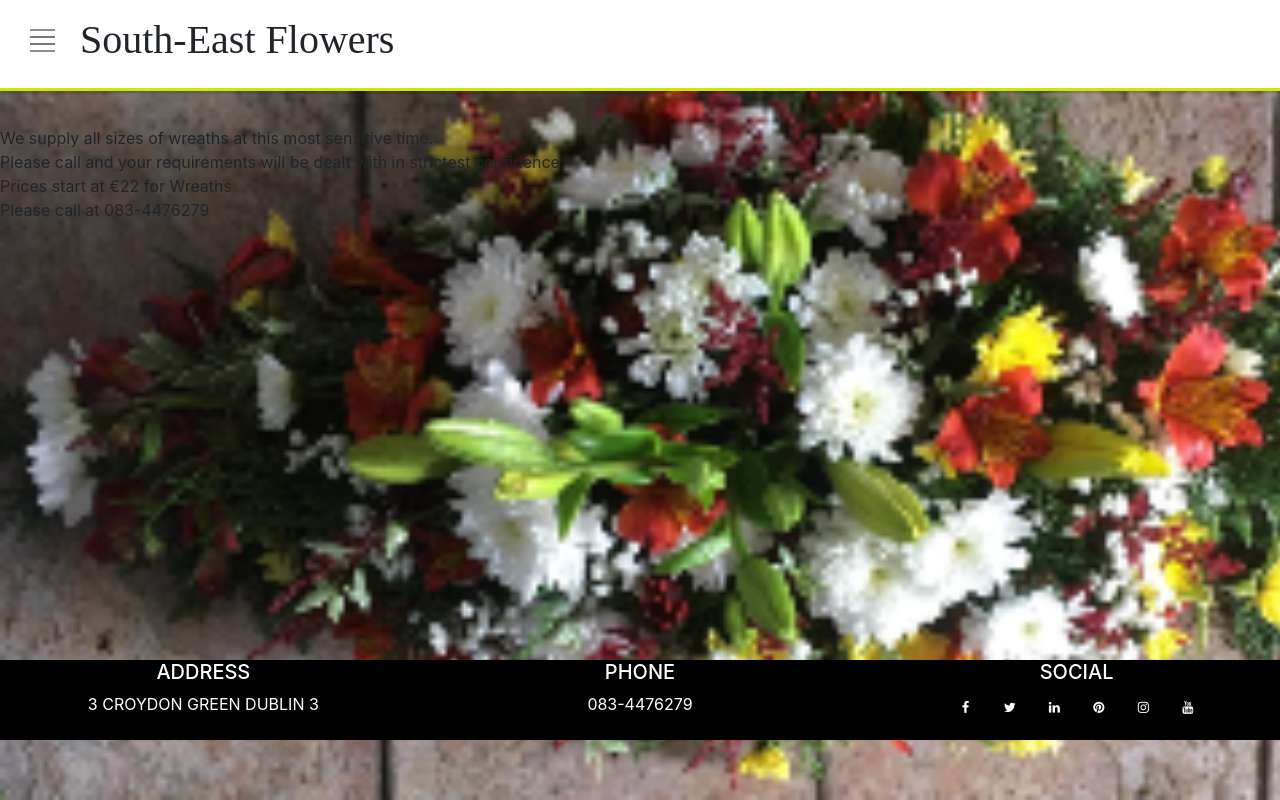
Repository: ConorTC1990/Flowers
Page: wreaths.html
The author's editor kept a record of every edit. The page is drawn from the files as they stood at one moment, then again after the next edit.
The browser window is 1280 px wide. The pictures show the whole page.
Some web libraries are served in a nearby version.

Above is the page before.

### wreaths.html
<!DOCTYPE html>
<html lang="en">

<head>
    <meta charset="UTF-8">
    <meta name="viewport" content="width=device-width, initial-scale=1.0">
    <meta http-equiv="X-UA-Compatible" content="ie=edge">
    <link rel="stylesheet" href="https://maxcdn.bootstrapcdn.com/bootstrap/4.2.1/css/bootstrap.min.css" type="text/css" />
    <link rel="stylesheet" href="https://maxcdn.bootstrapcdn.com/font-awesome/4.7.0/css/font-awesome.min.css" type="text/css" />
    <link rel="stylesheet" href="https://cdnjs.cloudflare.com/ajax/libs/hover.css/2.1.1/css/hover-min.css" type="text/css" />
    <link rel="stylesheet" href="assets/css/style.css">
    <title>South-East Flowers</title>
</head>
<body>

 <div class="collapsible-menu">
            <input type="checkbox" id="menu">
            <label for="menu">South-East Flowers</label>
            <div class="menu-content">
                <ul>
                    <li><a href="index.html">Home</a></li>
                    <li><a href="weddings.html">Weddings</a></li>
                    <li><a href="wreaths.html">Wreaths and Funerals</a></li>
                    <li><a href="contactform.html">Contact</a></li>

                </ul>
            </div>

        </div>






 <div class="infowreaths">
		<ul>
		  <li> We supply all sizes of wreaths at this most sensitive time.</li>
		  <li> Please call and your requirements will be dealt with in strictest confidence</li>
		  <li>Prices start at €22 for Wreaths</li>
		  <li>Please call at 083-4476279</li>
		</ul>
		</div>




       <div class="videoclass2wreaths"></div>






		<div class="WreathsBackground"></div>

<footer class="container-fluid wreathfooter1">
        <div id="footer-details" class="row">
            <div class="col-sm-4">
                <h5 class="uppercase general-sub">Address</h5>
                <p class="inline-block">
                    3 Croydon Green
                    Dublin 3
                </p>
            </div>
            <div class="col-sm-4">
                <h5 class="uppercase general-sub">Phone</h5>
                <p class="inline-block">
                    083-4476279


                </p>
            </div>
            <div class="col-sm-4">
                <h5 class="uppercase general-sub">Social</h5>
                <ul class="list-inline social-links">
                    <li class="list-inline-item">
                        <a target="_blank" href="#">
                            <i class="fa fa-facebook" aria-hidden="true"></i>
                            <span class="sr-only">Facebook</span>
                        </a>
                    </li>
                    <li class="list-inline-item">
                        <a target="_blank" href="#">
                            <i class="fa fa-twitter" aria-hidden="true"></i>
                            <span class="sr-only">Twitter</span>
                        </a>
                    </li>
                    <li class="list-inline-item">
                        <a target="_blank" href="#">
                            <i class="fa fa-linkedin" aria-hidden="true"></i>
                            <span class="sr-only">LinkedIn</span>
                        </a>
                    </li>
                    <li class="list-inline-item">
                        <a target="_blank" href="#">
                            <i class="fa fa-pinterest" aria-hidden="true"></i>
                            <span class="sr-only">Pinterest</span>
                        </a>
                    </li>
                    <li class="list-inline-item">
                        <a target="_blank" href="#">
                            <i class="fa fa-instagram" aria-hidden="true"></i>
                            <span class="sr-only">Instagram</span>
                        </a>
                    </li>
                    <li class="list-inline-item">
                        <a target="_blank" href="#">
                            <i class="fa fa-youtube" aria-hidden="true"></i>
                            <span class="sr-only">YouTube</span>
                        </a>
                    </li>
                </ul>
            </div>
        </div>


</footer>

</body>

</html>

### assets/css/style.css
@import url('https://fonts.googleapis.com/css?family=Roboto:100,200,300,400,500,600,700|Exo:100,200,300,400,500,600,700');
.mission {
	text-transform: uppercase;
	color: green;
}



/* up for deletion*/
*,
*:before,
*:after {
	-webkit-box-sizing: border-box;
	-moz-box-sizing: border-box;
	box-sizing: border-box;
}
* {
	margin: 0;
	padding: 0;
}
* {
	margin: 0;
	padding: 0;
}
*,
 ::after,
 ::before {
	box-sizing: border-box;
}


.title {
	text-align: center;
	color: white;
}
h3 {
	text-transform: uppercase;
	text-align: center;
	color: green;
	background-color: #FF00FF;
	resize: both;
}

/* Buttons*/
.button {
	background-color: #7CFC00;
	text-align: center;
	color: white;
	width: 25%;
	transition-duration: .9s;
	transition-timing-function: ease-in-out;
	z-index: 1;
}
.button:hover {
	background-color: white;
	color: #7CFC00;
}
a:hover {
	background-color: white;
	color: #7CFC00;
}
.sr-only {
	color: white
}
.list-inline-item {
	color: white
}

#myVideo {
	position: center;
	width: 100%;
	min-height: 60%;
	padding-bottom: 0px;
	padding-right: 0px;
	padding-left: 0px;
}
.col-sm-4 {
	text-align: center;
	border-color: #FF00FF;
}

/* Callout box - fixed position at the bottom of the page */
.callout {
	position:fixed;
	top: 100px;
	right: 100px;
	margin-left: 20px;
	max-width: 300px;
	color: white;
	opacity: 0.8;
}
.callout2 {
	position:fixed;
	top: 500px;
	right: 100px;
	margin-left: 20px;
	max-width: 300px;
	color: white;
	opacity: 0.8;
}
.callout3 {
	position:fixed;
	top: 300px;
	right: 100px;
	margin-left: 250px;
	max-width: 300px;
	color: white;
	opacity: 0.8;
}

.container-fluid {
	alignment-baseline: text-after-edge;
	border:none;
}
.sticky {
	position: static;
	top: 0;
}
body {
	background-color: white;
	padding-left: 0px;
	padding-right: 0px;
}
.list-inline-item {
	text-align: right;
	border-color: black;
}
.address {
	text-align: right;
}
head {
	z-index: 1;
	border-collapse: collapse;
	border-color: white;
}

/* -------------- Navbar --------------- */

/* to keep Navbar in place*/


/* Page content */
.content {
	padding: 16px;
}

/* The sticky class is added to the navbar with JS when it reaches its scroll position */
.sticky {
	position: fixed;
	top: 35px;
	width: 100%;
}
.stickytitle {
	position: fixed;
	top: 0px;
	width: 100%;
	height: 35px;
	z-index: 1;
}

/* Add some top padding to the page content to prevent sudden quick movement (as the navigation bar gets a new position at the top of the page (position:fixed and top:0) */
.sticky+.content {
	padding-top: 60px;
}
.general-sub {
	background-color: black;
	border-color: black;
	padding-left: 0px;
	padding-right: 0px;
	padding-top: 0px;
}
.list-inline-item {
	color: white
}
title sticky {
	top: 25px
}
.buttonsticky {
	padding-right: 25px
}

container-fluid sticky {
	padding-bottom: 1000px;
}

/* Footer Styles */
.social-links li a i {
	width: 32px;
	height: 32px;
	padding: 12px 0;
	border-radius: 50%;
	font-size: 13px;
	line-height: 7px;
	text-align: center;
	color: white;
	background: black;
	transition: all 0.35s ease-in-out;
	-moz-transition: all 0.35s ease-in-out;
	-webkit-transition: all 0.35s ease-in-out;
	-o-transition: all 0.35s ease-in-out;
}
.social-links li a i:hover {
	background: #7CFC00;
}
footer {
    text-align: center;
    background-color: black;
    color: white;
    text-shadow: none;
    text-transform: uppercase;
    position: fixed;

    height: 60px;
    max-height: 10%;
    bottom: 0px;
}

/* Wreaths */
.WreathsBackground {
	background-image: url("../images/Wreaths.JPG");
	background-repeat: no-repeat;
	position: absolute;
	background-size: cover;
	resize: both;
	min-width: 100%;
	min-height: 60%;
	max-width: 100%;
	max-height: 60%;
	padding-top: 35px;
	padding-bottom: 60px;
	padding-right: 0px;
	padding-left: 0px;
	z-index: 0;
}

/* Contact */
.ContactBackground {
	background-image: url("../images/flowers.jpg");
	position: absolute;
	resize: both;
	background-repeat: no-repeat;
	background-size: cover;
	min-width: 100%;
	min-height: 800px;
	padding-top: 35px;
	padding-bottom: 35px;
	padding-right: 0px;
	padding-left: 0px;
	z-index: 0;
}

/* ----------- Contact  form------------------*/
.form-style-1 {
	margin:10px auto;
	max-width: 400px;
	padding: 20px 12px 10px 20px;
	font: 13px "Lucida Sans Unicode",
	"Lucida Grande",
	sans-serif;
}
.form-style-1 li {
	padding: 0;
	display: block;
	list-style: none;
	margin: 10px 0 0 0;
}
.form-style-1 label {
	margin:0 0 3px 0;
	padding:0px;
	display:block;
	font-weight: bold;
}
.form-style-1 input[type=text],
.form-style-1 input[type=date],
.form-style-1 input[type=datetime],
.form-style-1 input[type=number],
.form-style-1 input[type=search],
.form-style-1 input[type=time],
.form-style-1 input[type=url],
.form-style-1 input[type=email],
textarea,
select {
	box-sizing: border-box;
	-webkit-box-sizing: border-box;
	-moz-box-sizing: border-box;
	border:1px solid #BEBEBE;
	padding: 7px;
	margin:0px;
	-webkit-transition: all 0.30s ease-in-out;
	-moz-transition: all 0.30s ease-in-out;
	-ms-transition: all 0.30s ease-in-out;
	-o-transition: all 0.30s ease-in-out;
	outline: none;
}
.form-style-1 input[type=text]:focus,
.form-style-1 input[type=date]:focus,
.form-style-1 input[type=datetime]:focus,
.form-style-1 input[type=number]:focus,
.form-style-1 input[type=search]:focus,
.form-style-1 input[type=time]:focus,
.form-style-1 input[type=url]:focus,
.form-style-1 input[type=email]:focus,
.form-style-1 textarea:focus,
.form-style-1 select:focus {
	-moz-box-shadow: 0 0 8px #88D5E9;
	-webkit-box-shadow: 0 0 8px #88D5E9;
	box-shadow: 0 0 8px #88D5E9;
	border: 1px solid #88D5E9;
}
.form-style-1 .field-divided {
	width: 49%;
}
.form-style-1 .field-long {
	width: 100%;
}
.form-style-1 .field-select {
	width: 100%;
}
.form-style-1 .field-textarea {
	height: 100px;
}
.form-style-1 input[type=submit],
.form-style-1 input[type=button] {
	background: #4B99AD;
	padding: 8px 15px 8px 15px;
	border: none;
	color: #fff;
}
.form-style-1 input[type=submit]:hover,
.form-style-1 input[type=button]:hover {
	background: #4691A4;
	box-shadow:none;
	-moz-box-shadow:none;
	-webkit-box-shadow:none;
}
.form-style-1 .required {
	color:red;
}

/* ----------- Contact  form------------------*/

/* ----------- Weddings Background------------------*/
.WeddingsBackground {
	background-image: url("../images/Weddings.PNG");
	position: fixed;
	resize: both;
	padding-top: 35px;
	padding-bottom: 35px;
	padding-right: 0px;
	padding-left: 0px;
	z-index: -1;
	max-width : 100%;
	max-height: 60%;
	min-width: 100%;
	min-height: 60%;
}

/* ----------- Weddings Background------------------*/

/* ----------- Menu Bar------------------*/
.menu-content {
	font-family: 'Oswald',
	sans-serif;
	padding: 0 0 0 50px;
}
.collapsible-menu {
	background-color: rgb(255,
	255,
	255);
	padding: 0px 30px;
	border-bottom: 3px solid #CDE700;
	box-shadow: 1px 2px 3px rgba(0,
	0,
	0,
	0.2);
	opacity: 1;
}
.collapsible-menu ul {
	list-style-type: none;
	padding: 0;
}
.collapsible-menu a {
	display:block;
	padding: 10px;
	text-decoration: none;
}
.collapsible-menu label {
	font-family: 'Sedgwick Ave Display',
	cursive;
	font-size: 40px;
	display: block;
	cursor: pointer;
	background: url(../images/menu.png) no-repeat left center;
	padding: 10px 0 10px 50px;
}
input#menu {
	display: none;
}
input:checked+label {
	background-image: url(../images/close.png);
}
.menu-content {
	max-height: 0;
	overflow: hidden;
	font-family: 'Oswald',
	sans-serif;
	padding: 0 0 0 50px;
}

/* Toggle Effect */
input:checked~label {
	background-image: url(../images/close.png);
}
input:checked~.menu-content {
	max-height: 100%;
}

/* ----------- Menu Bar------------------*/

/* ----------- Consider for Deletion------------------*/

/* test */
* {
	margin: 0;
	padding: 0;
}

/* Icon 0 */
#nav-icon0 {
	width: 30px;
	height: 35px;
	position: relative;
	margin: 50px auto;
	-webkit-transform: rotate(0deg);
	-moz-transform: rotate(0deg);
	-o-transform: rotate(0deg);
	transform: rotate(0deg);
	-webkit-transition: .5s ease-in-out;
	-moz-transition: .5s ease-in-out;
	-o-transition: .5s ease-in-out;
	transition: .5s ease-in-out;
	cursor: pointer;
}

/* Icon 2 */
#nav-icon0 {}
#nav-icon0 span {
	display: block;
	position: absolute;
	height: 2px;
	width: 50%;
	background: #000;
	opacity: 1;
	-webkit-transform: rotate(0deg);
	-moz-transform: rotate(0deg);
	-o-transform: rotate(0deg);
	transform: rotate(0deg);
	-webkit-transition: .25s ease-in-out;
	-moz-transition: .25s ease-in-out;
	-o-transition: .25s ease-in-out;
	transition: .25s ease-in-out;
}
#nav-icon0 span:nth-child(even) {
	left: 50%;
	border-radius: 0 9px 9px 0;
}
#nav-icon0 span:nth-child(odd) {
	left:0px;
	border-radius: 9px 0 0 9px;
}
#nav-icon0 span:nth-child(1),
#nav-icon0 span:nth-child(2) {
	top: 0px;
}
#nav-icon0 span:nth-child(3),
#nav-icon0 span:nth-child(4) {
	top: 10px;
}
#nav-icon0 span:nth-child(5),
#nav-icon0 span:nth-child(6) {
	top: 20px;
}
#nav-icon0.open span:nth-child(1),
#nav-icon0.open span:nth-child(6) {
	-webkit-transform: rotate(45deg);
	-moz-transform: rotate(45deg);
	-o-transform: rotate(45deg);
	transform: rotate(45deg);
}
#nav-icon0.open span:nth-child(2),
#nav-icon0.open span:nth-child(5) {
	-webkit-transform: rotate(-45deg);
	-moz-transform: rotate(-45deg);
	-o-transform: rotate(-45deg);
	transform: rotate(-45deg);
}
#nav-icon0.open span:nth-child(1) {
	left: 0px;
	top: 9px;
}
#nav-icon0.open span:nth-child(2) {
	left: calc(50% - 5px);
	top: 9px;
}
#nav-icon0.open span:nth-child(3) {
	left: -50%;
	opacity: 0;
}
#nav-icon0.open span:nth-child(4) {
	left: 100%;
	opacity: 0;
}
#nav-icon0.open span:nth-child(5) {
	left: 0px;
	top: 19px;
}
#nav-icon0.open span:nth-child(6) {
	left: calc(50% - 5px);
	top: 19px;
}

/* ----------- Consider for Deletion------------------*/
* {
	margin: 0;
	padding: 0;
}

/* Icon 1 */
#nav-icon1,
#nav-icon2,
#nav-icon3,
#nav-icon4 {
	width: 60px;
	height: 45px;
	position: relative;
	margin: 50px auto;
	-webkit-transform: rotate(0deg);
	-moz-transform: rotate(0deg);
	-o-transform: rotate(0deg);
	transform: rotate(0deg);
	-webkit-transition: .5s ease-in-out;
	-moz-transition: .5s ease-in-out;
	-o-transition: .5s ease-in-out;
	transition: .5s ease-in-out;
	cursor: pointer;
}
#nav-icon1 span,
#nav-icon3 span,
#nav-icon4 span {
	display: block;
	position: absolute;
	height: 9px;
	width: 100%;
	background: #d3531a;
	border-radius: 9px;
	opacity: 1;
	left: 0;
	-webkit-transform: rotate(0deg);
	-moz-transform: rotate(0deg);
	-o-transform: rotate(0deg);
	transform: rotate(0deg);
	-webkit-transition: .25s ease-in-out;
	-moz-transition: .25s ease-in-out;
	-o-transition: .25s ease-in-out;
	transition: .25s ease-in-out;
}
#nav-icon1 span:nth-child(1) {
	top: 0px;
}
#nav-icon1 span:nth-child(2) {
	top: 18px;
}
#nav-icon1 span:nth-child(3) {
	top: 36px;
}
#nav-icon1.open span:nth-child(1) {
	top: 18px;
	-webkit-transform: rotate(135deg);
	-moz-transform: rotate(135deg);
	-o-transform: rotate(135deg);
	transform: rotate(135deg);
}
#nav-icon1.open span:nth-child(2) {
	opacity: 0;
	left: -60px;
}
#nav-icon1.open span:nth-child(3) {
	top: 18px;
	-webkit-transform: rotate(-135deg);
	-moz-transform: rotate(-135deg);
	-o-transform: rotate(-135deg);
	transform: rotate(-135deg);
}

/* Icon 2 */
#nav-icon2 {}
#nav-icon2 span {
	display: block;
	position: absolute;
	height: 9px;
	width: 50%;
	background: #d3531a;
	opacity: 1;
	-webkit-transform: rotate(0deg);
	-moz-transform: rotate(0deg);
	-o-transform: rotate(0deg);
	transform: rotate(0deg);
	-webkit-transition: .25s ease-in-out;
	-moz-transition: .25s ease-in-out;
	-o-transition: .25s ease-in-out;
	transition: .25s ease-in-out;
}
#nav-icon2 span:nth-child(even) {
	left: 50%;
	border-radius: 0 9px 9px 0;
}
#nav-icon2 span:nth-child(odd) {
	left:0px;
	border-radius: 9px 0 0 9px;
}
#nav-icon2 span:nth-child(1),
#nav-icon2 span:nth-child(2) {
	top: 0px;
}
#nav-icon2 span:nth-child(3),
#nav-icon2 span:nth-child(4) {
	top: 18px;
}
#nav-icon2 span:nth-child(5),
#nav-icon2 span:nth-child(6) {
	top: 36px;
}
#nav-icon2.open span:nth-child(1),
#nav-icon2.open span:nth-child(6) {
	-webkit-transform: rotate(45deg);
	-moz-transform: rotate(45deg);
	-o-transform: rotate(45deg);
	transform: rotate(45deg);
}
#nav-icon2.open span:nth-child(2),
#nav-icon2.open span:nth-child(5) {
	-webkit-transform: rotate(-45deg);
	-moz-transform: rotate(-45deg);
	-o-transform: rotate(-45deg);
	transform: rotate(-45deg);
}
#nav-icon2.open span:nth-child(1) {
	left: 5px;
	top: 7px;
}
#nav-icon2.open span:nth-child(2) {
	left: calc(50% - 5px);
	top: 7px;
}
#nav-icon2.open span:nth-child(3) {
	left: -50%;
	opacity: 0;
}
#nav-icon2.open span:nth-child(4) {
	left: 100%;
	opacity: 0;
}
#nav-icon2.open span:nth-child(5) {
	left: 5px;
	top: 29px;
}
#nav-icon2.open span:nth-child(6) {
	left: calc(50% - 5px);
	top: 29px;
}

/* Icon 3 */
#nav-icon3 span:nth-child(1) {
	top: 0px;
}
#nav-icon3 span:nth-child(2),
#nav-icon3 span:nth-child(3) {
	top: 18px;
}
#nav-icon3 span:nth-child(4) {
	top: 36px;
}
#nav-icon3.open span:nth-child(1) {
	top: 18px;
	width: 0%;
	left: 50%;
}
#nav-icon3.open span:nth-child(2) {
	-webkit-transform: rotate(45deg);
	-moz-transform: rotate(45deg);
	-o-transform: rotate(45deg);
	transform: rotate(45deg);
}
#nav-icon3.open span:nth-child(3) {
	-webkit-transform: rotate(-45deg);
	-moz-transform: rotate(-45deg);
	-o-transform: rotate(-45deg);
	transform: rotate(-45deg);
}
#nav-icon3.open span:nth-child(4) {
	top: 18px;
	width: 0%;
	left: 50%;
}

/* Icon 4 */
#nav-icon4 {}
#nav-icon4 span:nth-child(1) {
	top: 0px;
	-webkit-transform-origin: left center;
	-moz-transform-origin: left center;
	-o-transform-origin: left center;
	transform-origin: left center;
}
#nav-icon4 span:nth-child(2) {
	top: 18px;
	-webkit-transform-origin: left center;
	-moz-transform-origin: left center;
	-o-transform-origin: left center;
	transform-origin: left center;
}
#nav-icon4 span:nth-child(3) {
	top: 36px;
	-webkit-transform-origin: left center;
	-moz-transform-origin: left center;
	-o-transform-origin: left center;
	transform-origin: left center;
}
#nav-icon4.open span:nth-child(1) {
	-webkit-transform: rotate(45deg);
	-moz-transform: rotate(45deg);
	-o-transform: rotate(45deg);
	transform: rotate(45deg);
	top: -3px;
	left: 8px;
}
#nav-icon4.open span:nth-child(2) {
	width: 0%;
	opacity: 0;
}
#nav-icon4.open span:nth-child(3) {
	-webkit-transform: rotate(-45deg);
	-moz-transform: rotate(-45deg);
	-o-transform: rotate(-45deg);
	transform: rotate(-45deg);
	top: 39px;
	left: 8px;
}

/* ----------- Consider for Deletion------------------*/
.container {
	padding-right: 0px;
	padding-left: 0px;
	margin-right: auto;
	margin-left: auto;
}
.videoclass {
	min-height: 100%;
	min-width: 100%;
	padding-bottom: 60px;
}
@media (max-width: 40em) {
	.videoclass {
		display: none;
	}
}
@media (max-width: 40em) {
	.WreathsBackground {
		display: none;
	}
}
@media (min-width: 40em) {
	.videoclass2paddingweddings {
		display: none;
	}
}
@media (min-width: 40em) {
	.videoclass2 {
		display: none;
	}
}
@media (min-width: 40em) {
	.videoclass2wreaths {
		display: none;
	}
}
@media (max-width: 40em) {
	.callout {
		display: none;
	}
}
@media (max-width: 70em) {
	.callout2 {
		display: none;
	}
}
@media (max-width: 40em) {
	.WeddingsBackground {
		display: none;
	}
}
@media (max-width: 40em) {
	.callout3 {
		display: none;
	}
}
.videoclass2 {
	background-image:url("../images/flowers.jpg");
	width: 100%;
	height: 100%;
	min-height: 625px;
	opacity: 1;
	text-size: 30px;
	text-transform: uppercase;
	color: white;
	list-style: circle;

	text-align: center;
}
.videoclass2weddings {
	background-image:url("../images/wedding_flowers.jpg");
	width: 100%;
	height: 100%;
	background-repeat: no-repeat;
	background-size: cover;
	min-height: 280px;
	opacity: 1;
	text-size: 30px;
	text-transform: uppercase;
	color: black;
	list-style: circle;

	text-align: center;
	padding-top: 30px;
	z-index: 2;
}
.videoclass2weddings {
	padding-top: 60px
}
@media (min-width: 40em) {
	.videoclass2 {
		display: none;
	}



}
.videoclass2wreaths {
	background-image:url("../images/Wreaths.1.JPG");
	width: 100%;
	height: 100%;
	min-height: 675px;
	opacity: 1;
	text-size: 30px;
	text-transform: uppercase;
	color: white;
	list-style: circle;
	text-align: center;
	padding-top: 35px;
}
.videoclass2weddings {
	padding-top: 0px
}
@media (min-width: 40em) {
	.videoclass2weddings {
		display: none;
	}
}
@media (max-width: 40em) {
	h4 {
		display: none;
	}
}
.container-fluid {
	width: 100%;
	padding-right: 0px;
	padding-left: 0px;
	margin-right: auto;
	margin-left: auto;
}
.wreathfooter {
    background: fixed;
    text-align: center;
    background-color: black;
    color: gold;
    text-shadow: none;
    text-transform: uppercase;
    position: relative;
    height: 80px;
    max-height: 20%;
    bottom: 0px;
}
.general-sub {
	background-color: black;
	border-color: black;
	padding-left: 0px;
	padding-right: 0px;
	padding-top: 0px;
}
.col-sm-4 {
	text-align: center;
	/* border-color: #FF00FF; */
	background-color: black;
}
.list-inline-item {
	color: black;
}
.list-inline-item {
	text-align: right;
	border-color: black;
}


body{
  display:flex;
  flex-direction:column;
}

footer{
  margin-top:auto;
}

.informationsection{position: relative;
	    font-style: italic;
}


.weddingfooter {
    background: fixed;
    text-align: center;
    background-color: black;
    color: gold;
    text-shadow: none;
    text-transform: uppercase;
    position: fixed;
    height: 80px;
    max-height: 20%;
    bottom: 0px;
}



.contactfooter {

    background: fixed;
    text-align: center;
    background-color: black;
    color: gold;
    text-shadow: none;
    text-transform: uppercase;
    position: fixed;
    height: 80px;
    max-height: 20%;
    bottom: 0px;
    position: fixed;
}


@media (max-width: 40em) {
	.contactfooter {
		display: none;
	}
}
	.collapsible-menu {
    background-color: rgb(255, 255, 255);
    padding: 0px 30px;
    border-bottom: 3px solid #CDE700;
    box-shadow: 1px 2px 3px rgba(0, 0, 0, 0.2);
    opacity: 1;
    z-index: 2;
}

.ContactBackground {
    background-image: url(../images/flowers.jpg);
    position: absolute;
    resize: both;
    background-repeat: no-repeat;
    background-size: cover;
    min-width: 100%;
    min-height: 800px;
    padding-top: 120px;
    padding-bottom: 35px;
    padding-right: 0px;
    padding-left: 0px;
    z-index: 0;
}
.infowreaths {

    padding-top: 35px;
    padding-right: 100px;
    z-index: 1;
}



.collapsible-menu {
    background-color: rgb(255, 255, 255);
    padding: 0px 30px;
    border-bottom: 3px solid #CDE700;
    box-shadow: 1px 2px 3px rgba(0, 0, 0, 0.2);
    opacity: 1;
    z-index: 1;
}

.contactfooter {
    background: fixed;
    text-align: center;
    background-color: black;
    color: gold;
    text-shadow: none;
    text-transform: uppercase;
    height: 75px;
    max-height: 20%;
    bottom: 0px;
    position: fixed;
    z-index: 0;
}





.infowreaths {
    padding-top: 35px;
    padding-right: 35px;
    z-index: 1;
}

.WreathsBackground {
    background-image: url(../images/Wreaths.JPG);
    background-repeat: no-repeat;
    background-size: cover;

    min-width: 100%;
    min-height: 800px;
    max-width: 100%;
    max-height: 60%;
    padding-top: 35px;
    padding-bottom: 60px;
    padding-right: 0px;
    padding-left: 0px;
    z-index: 0;
}





.informationsectionweddings {
    position: fixed;
    bottom: 60px;
}

@media (max-width: 40em) {
.informationsectionweddings {
   position: relative;
    bottom: 0px;
    z-index: 3;


}}

/* ----------- Makes header writing smaller on screen below 40em------------------*/

@media (max-width: 40em) {
.collapsible-menu label {
    font-family: 'Sedgwick Ave Display', cursive;
    font-size: 30px;
    display: block;
    cursor: pointer;
    background: url(../images/menu.png) no-repeat left center;
    padding: 10px 0 10px 50px;
}}

@media (min-width: 40em) {
.wreathfooter {
    position: static;
}}


footer {
    text-align: center;
    background-color: black;
    color: white;
    text-shadow: none;
    text-transform: uppercase;

    position: fixed;
    height: 60px;
    max-height: 10%;
    bottom: 0px;
}

@media (max-width: 40em) {
.weddingfooter{display: none

}}


@media (min-width:250px) and (max-width:380px) {
    .videoclass2weddings {
            min-height: 120px;
    }
}

After the next edit:
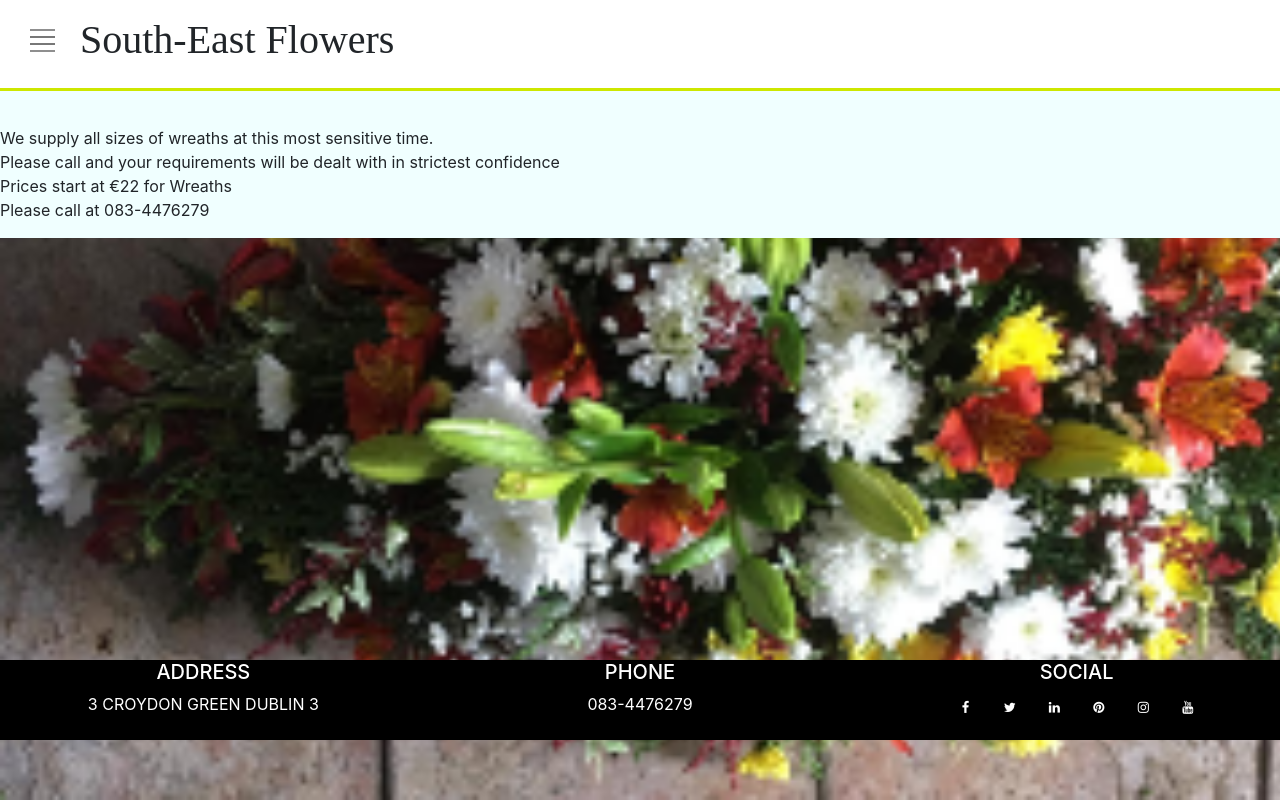
The edit:
--- a/assets/css/style.css
+++ b/assets/css/style.css
@@ -1023,7 +1023,8 @@
 .infowreaths {
     padding-top: 35px;
     padding-right: 35px;
-    z-index: 1;
+    z-index: 2;
+    background-color: azure;
 }
 
 .WreathsBackground {
